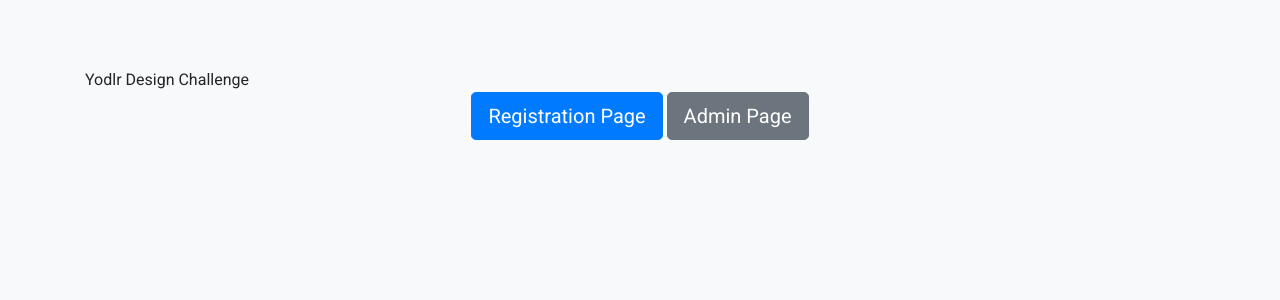
Repository: rmdayberry/yodlr-take-home
Page: public/index.html
The author's editor kept a copy of each file at every save. The page is drawn from the files as they stood at one save, then again after the next save.
The browser window is 1280 px wide. The pictures show the whole page.

Above is the page before, as saved 2024-10-09 09:08:02.

### public/index.html
<!DOCTYPE html>
<html>
  <head>
    <meta charset="utf-8" />
    <title>Yodlr Design Challenge</title>
    <link
      rel="stylesheet"
      href="https://stackpath.bootstrapcdn.com/bootstrap/4.5.2/css/bootstrap.min.css"
    />
    <link rel="stylesheet" href="css/styles.css" />
  </head>
  <body>
    <div class="container mt-5"
    <h1 class="text-center mb-4">Yodlr Design Challenge</h1>
    <p class="text-center">
      <a href="/signup.html" class="btn btn-primary btn-lg">Registration Page</a>
      <a href="/admin.html" class="btn btn-secondary btn-lg">Admin Page</a>
    </p>
  </body>
</html>

### public/css/styles.css
@import url("https://fonts.googleapis.com/css2?family=Roboto:wght@400;500;700&display=swap");

body {
  font-family: "Roboto", sans-serif;
  background-color: #f8f9fa;
  padding: 20px;
}

After the next save:
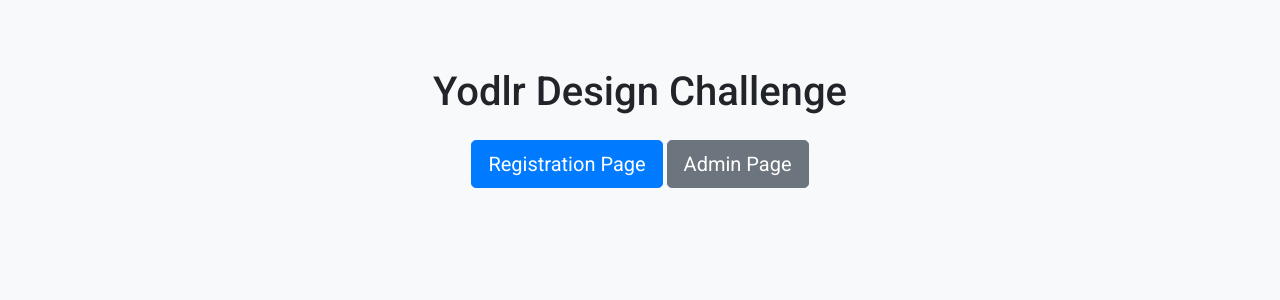
Saved 27 s later.
--- a/public/index.html
+++ b/public/index.html
@@ -10,7 +10,7 @@
     <link rel="stylesheet" href="css/styles.css" />
   </head>
   <body>
-    <div class="container mt-5"
+    <div class="container mt-5">
     <h1 class="text-center mb-4">Yodlr Design Challenge</h1>
     <p class="text-center">
       <a href="/signup.html" class="btn btn-primary btn-lg">Registration Page</a>
